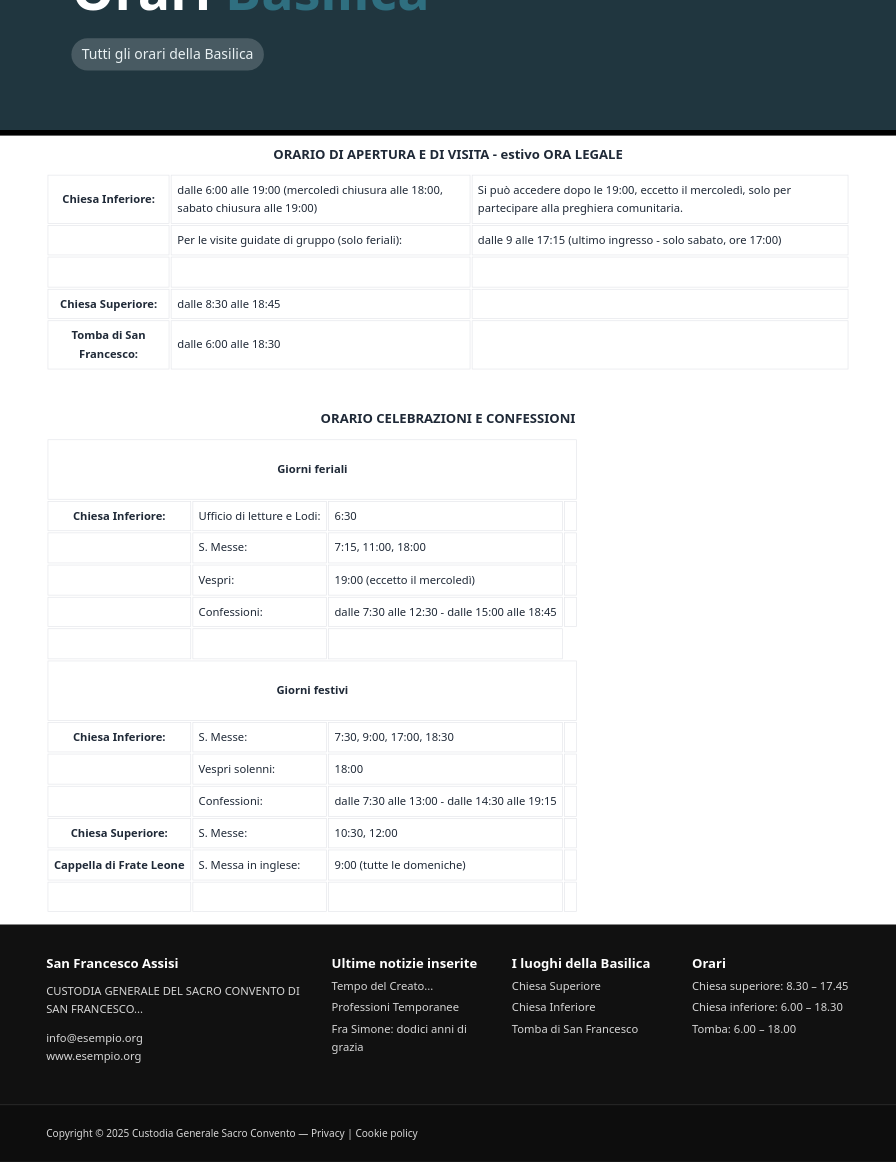
Repository: leacappello/basilica-platform-project
Page: pages/orari.html
These files come from the project's save history. The page is drawn as it stood at one moment and after the next save; the edit follows.
The browser window is 1280 px wide. The pictures show the part of the page from y = 454 to 2374 px (the page is 2114 px tall before and 2933 px after), at 70% of full size.

Above is the page before, as saved 2025-09-15 12:00:59.
Console error (its wording comes from the project's code and is left out).

After the next save:
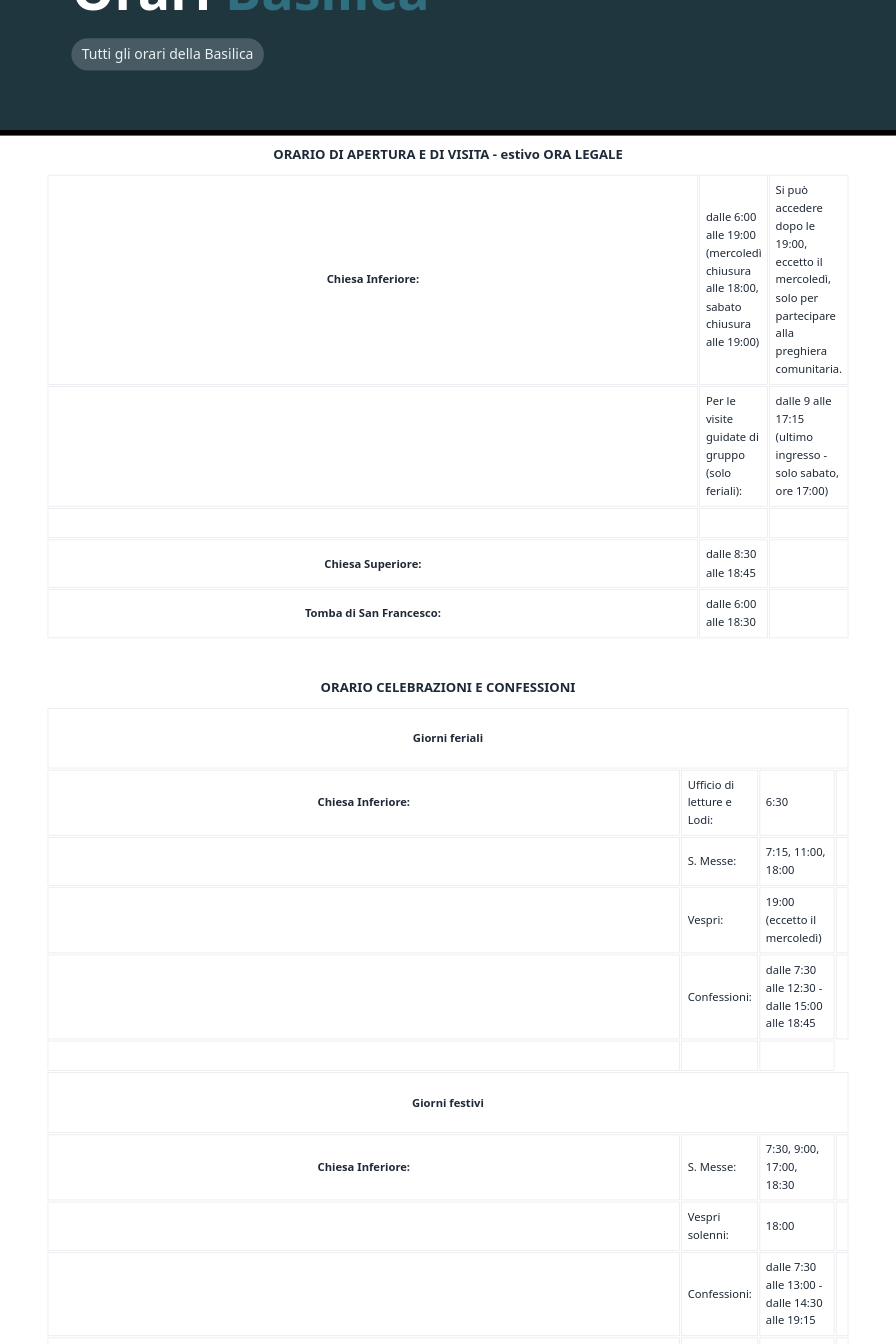
Saved 16 s later.
--- a/assets/styles.css
+++ b/assets/styles.css
@@ -221,7 +221,8 @@
 
 .orari th, .orari td{
   padding:.5rem;
-  border:1px solid var(--border)
+  border:1px solid var(--border);
+  width:100%;
 }
 
 /* ============== Tabella Orari ============== */
